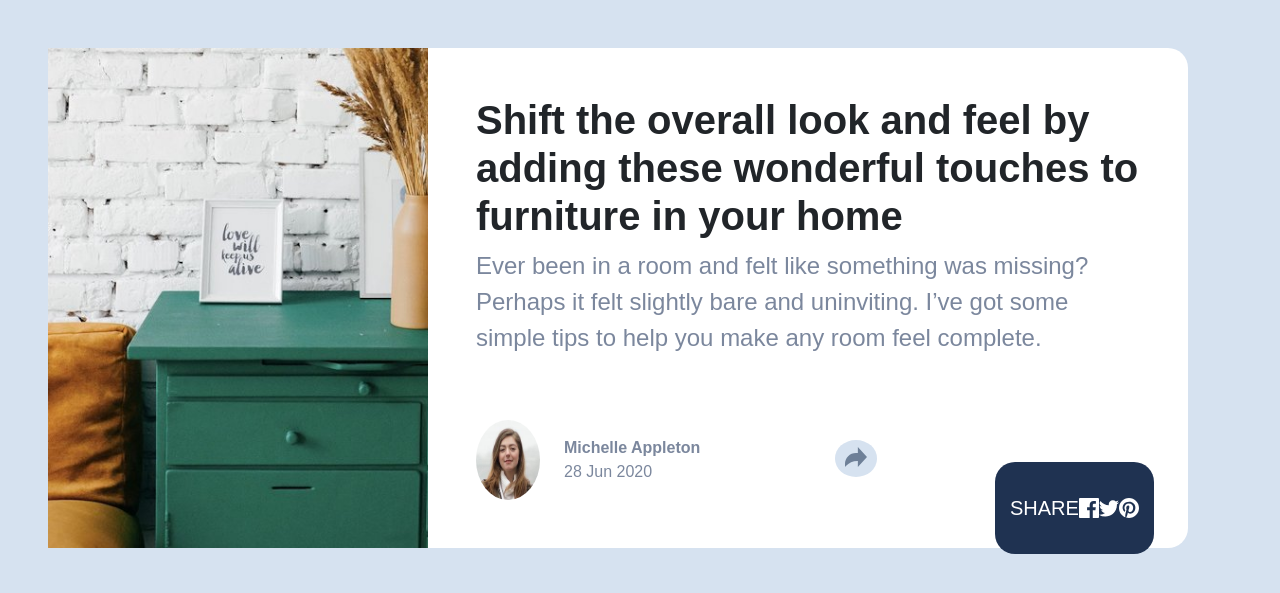
Repository: blordeus/article-preview-component
Page: index.html
An editor plug-in stored every save of this project. The page is shown before and after the next save, followed by the edit.
The browser window is 1280 px wide. The pictures show the whole page.

Above is the page before, as saved 2024-05-17 17:26:40.

### index.html
<!DOCTYPE html>
<html lang="en">
<head>
  <meta charset="UTF-8">
  <meta name="viewport" content="width=device-width, initial-scale=1.0"> <!-- displays site properly based on user's device -->

  <link rel="icon" type="image/png" sizes="32x32" href="./images/favicon-32x32.png">
  <link href="https://cdn.jsdelivr.net/npm/bootstrap@5.3.3/dist/css/bootstrap.min.css" rel="stylesheet" integrity="sha384-QWTKZyjpPEjISv5WaRU9OFeRpok6YctnYmDr5pNlyT2bRjXh0JMhjY6hW+ALEwIH" crossorigin="anonymous">
  <script src defer="https://cdn.jsdelivr.net/npm/bootstrap@5.3.3/dist/js/bootstrap.bundle.min.js" integrity="sha384-YvpcrYf0tY3lHB60NNkmXc5s9fDVZLESaAA55NDzOxhy9GkcIdslK1eN7N6jIeHz" crossorigin="anonymous"></script>
  <script src defer="./socials.js"></script>
  <link rel="stylesheet" href="style.css">
  <title>Frontend Mentor | Article preview component</title>

</head>
<body class="container m-5">

  <main class="bg-color row">

    <section id="section-1" class="col-4">
    </section>

    <section class="col my-auto p-5">
      <h1 class="text-color fw-bold fs-1">Shift the overall look and feel by adding these wonderful touches to furniture in your home</h1>

      <p class="fs-4">
        Ever been in a room and felt like something was missing? Perhaps
        it felt slightly bare and uninviting. I’ve got some simple tips
        to help you make any room feel complete.
      </p>
      <div class="row pt-5">
        <div class="col d-flex">
          <img id="avatar" src="./images/avatar-michelle.jpg" alt="michelle">
            <div class="ms-4 vstack my-auto mt-3">
              <p class="fw-bold font-black fs-6">Michelle Appleton <br> <span class="fw-normal">28 Jun 2020</span></p>
            </div>
          </div>
          <div class="col my-auto">
            <div class="position-relative">
              <div class="d-flex justify-content-evenly align-items-center popup position-absolute top-0 start-50">
                <p class="popup-text mt-3">SHARE</p>
                  <img id="facebook" src="./images/icon-facebook.svg" alt="facebook">
                  <img id="twitter" src="./images/icon-twitter.svg" alt="twitter">
                  <img id="pinterest" src="./images/icon-pinterest.svg" alt="pinterest">
              </div>
            </div>
            <a href="#"><span class="share-background"><img id="share" src="./images/icon-share.svg" alt="share"></span></a>
          </div>
        </div>
      </div>
    </section>

  </main>
  <div class="attribution d-none">
    Challenge by <a href="https://www.frontendmentor.io?ref=challenge" target="_blank">Frontend Mentor</a>.
    Coded by <a href="#">Bryan Lordeus</a>.
  </div>
</body>
</html>

### style.css
/* root */
:root {
    --white: hsl(0, 0%, 100%);
    --light-gray: hsl(212, 45%, 89%);
    --grayish-blue: hsl(220, 15%, 55%);
    --dark-blue: hsl(218, 44%, 22%);
}

/* import Manrope font */
@import url('https://fonts.googleapis.com/css2?family=Manrope:wght@500;700&display=swap');

* {
    font-family: 'Manrope', sans-serif;
}


body {
    background-color: var(--light-gray);
}

main {
    background-color: var(--white);
    border-radius: 20px;

}

p {
    font-size: 13px;
    color: var(--grayish-blue);
}

#section-1 {
    background-image: url(./images/drawers.jpg);
    background-repeat: no-repeat;
    background-size: cover;
}

#avatar {
    /* make round */
    border-radius: 50%;
    /* make image smaller */
    width: 20%;
}

#share {
    width: 7%;
    position: static;
    margin-bottom: 2%;
}

.share-background {
    /* add light gray circle as background to icon */
    background-color: var(--light-gray);
    border-radius: 50%;
    padding: 10px;
    /* center icon */
    margin-left: 15px;
    margin-right: 15px;
    z-index: -2;
}

.popup {
    background-color: var(--dark-blue);
    border-radius: 20px;
    padding: 15px;
    position: absolute;
    z-index: 1;
    margin-left: 15px;
    margin-right: 15px;
    margin-top: 15px;
    margin-bottom: 15px;
}

.popup-text {
    color: var(--white);
    font-size: 20px;
}

After the next save:
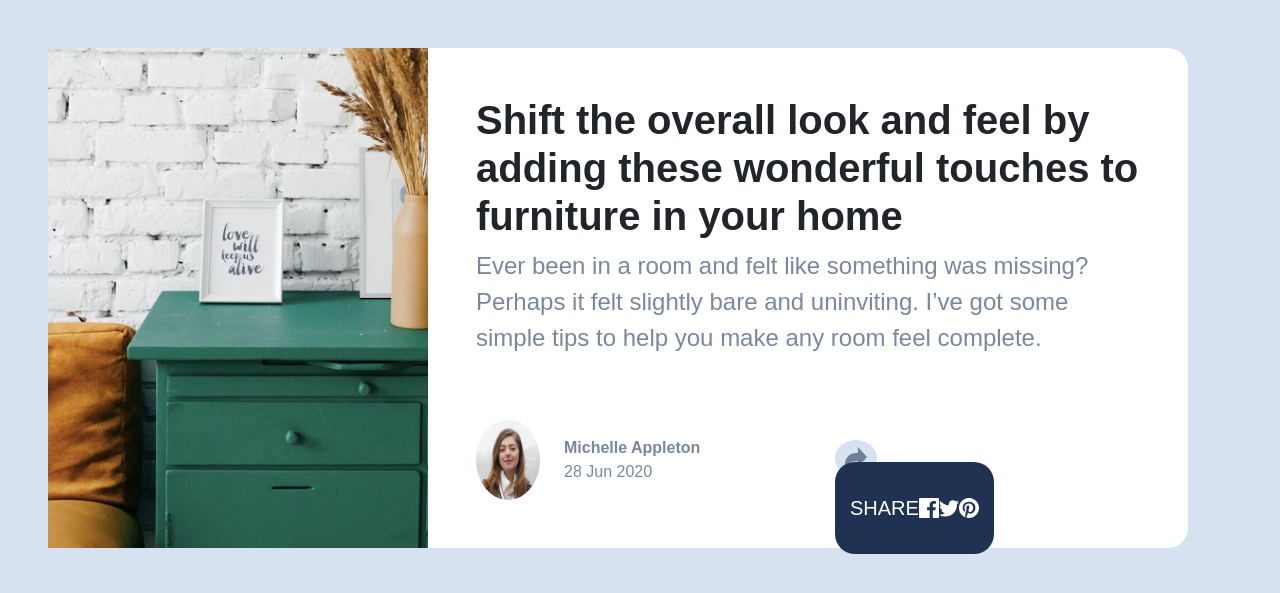
Saved 7 s later.
--- a/index.html
+++ b/index.html
@@ -36,7 +36,7 @@
           </div>
           <div class="col my-auto">
             <div class="position-relative">
-              <div class="d-flex justify-content-evenly align-items-center popup position-absolute top-0 start-50">
+              <div class="d-flex justify-content-evenly align-items-center popup position-absolute top-0 start-0">
                 <p class="popup-text mt-3">SHARE</p>
                   <img id="facebook" src="./images/icon-facebook.svg" alt="facebook">
                   <img id="twitter" src="./images/icon-twitter.svg" alt="twitter">
